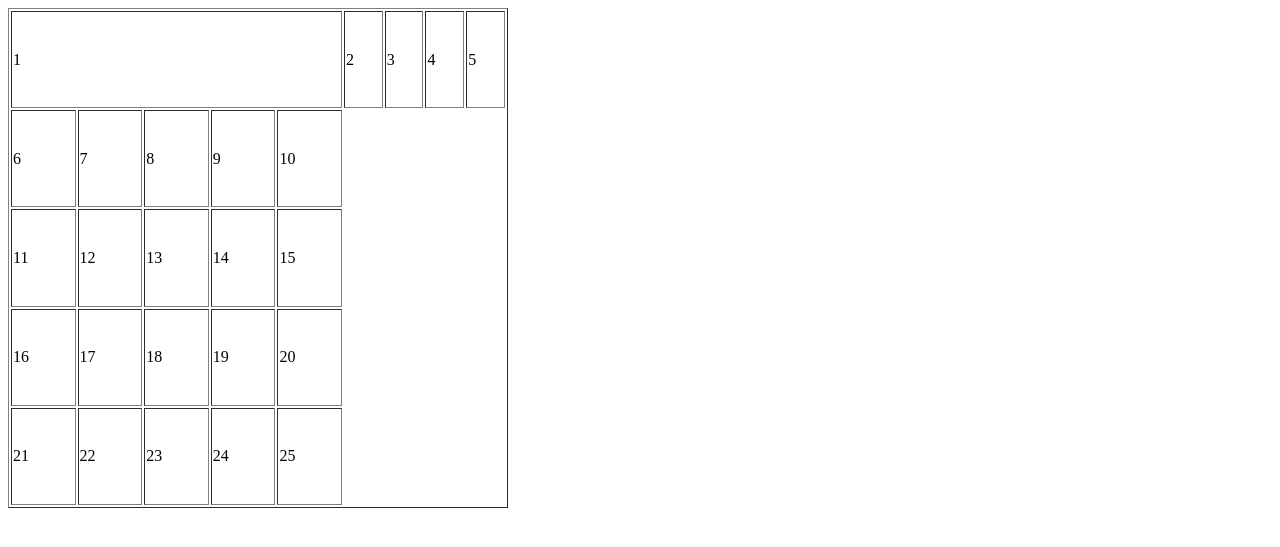
Repository: chanjin5212/Full-Stack-study
Page: client/ClientTest/src/main/webapp/html/Q01.html
These files come from the project's save history. The page is drawn as it stood at one moment and after the next save; the edit follows.
The browser window is 1280 px wide. The pictures show the whole page.

Above is the page before, as saved 2022-05-24 07:32:36.

After the next save:
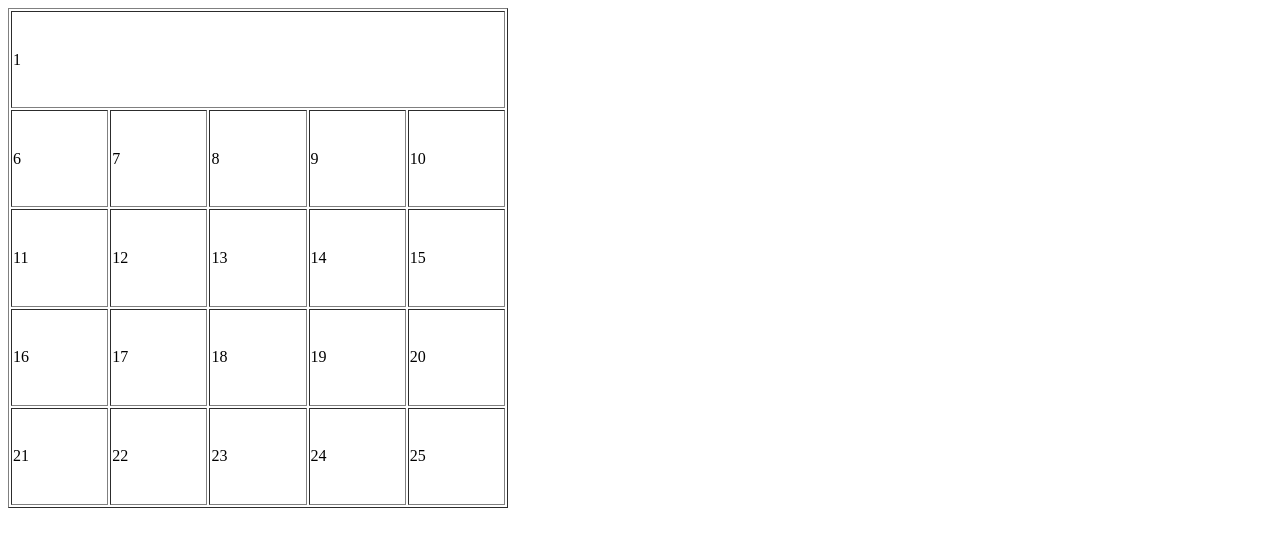
Saved 5 s later.
--- a/client/ClientTest/src/main/webapp/html/Q01.html
+++ b/client/ClientTest/src/main/webapp/html/Q01.html
@@ -8,10 +8,6 @@
 	<table border width="500" height="500">
 		<tr>
 			<td colspan="5">1</td>
-			<td>2</td>
-			<td>3</td>
-			<td>4</td>
-			<td>5</td>
 		</tr>
 		<tr>
 			<td>6</td>
